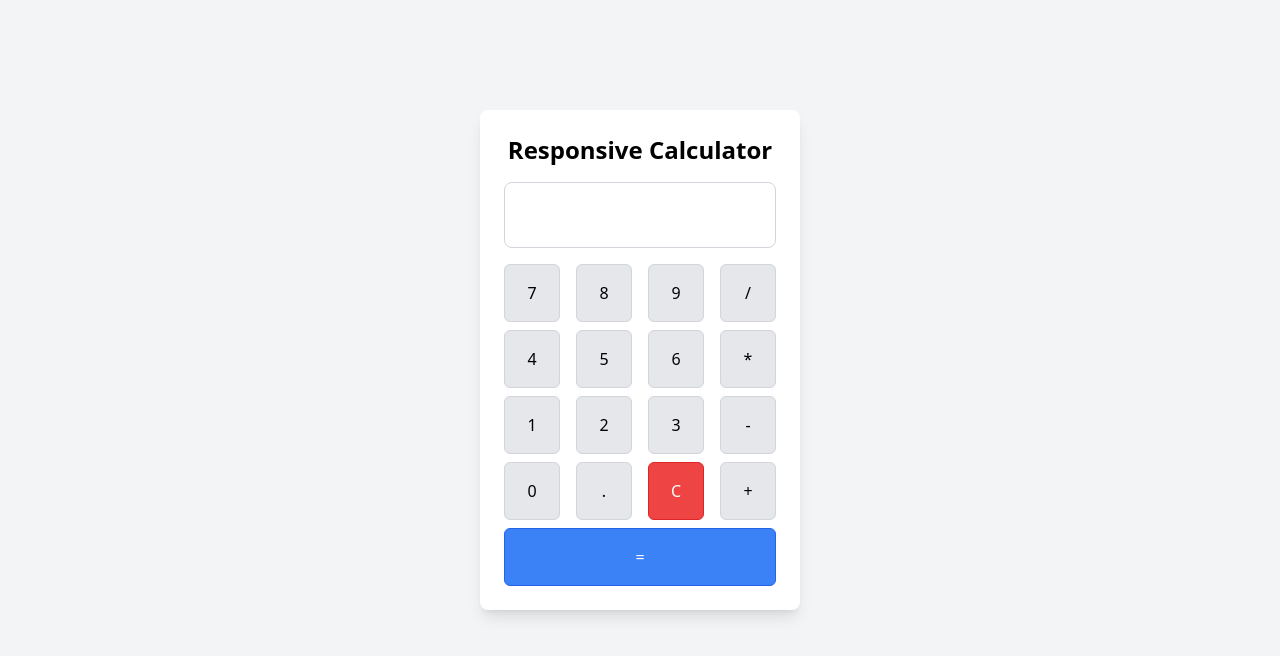
Repository: MKosainHaider/calculator
Page: index.html
The author's editor kept a copy of each file at every save. The page is drawn from the files as they stood at one save, then again after a run of saves.
The browser window is 1280 px wide. The pictures show the whole page.
Some web libraries are served in a nearby version.

Above is the page before, as saved 2024-08-13 00:19:41.

### index.html
<!DOCTYPE html>
<html lang="en">
<head>
    <meta charset="UTF-8">
    <meta name="viewport" content="width=device-width, initial-scale=1.0">
    <title>Responsive Calculator</title>
    <script defer src="app.js"></script> <!-- External JavaScript file -->
    <script src="https://cdn.tailwindcss.com"></script>
</head>
<body class="flex items-center justify-center min-h-screen bg-gray-100">
    <div class="bg-white p-4 md:p-6 rounded-lg shadow-lg max-w-xs w-full">
        <h1 class="text-2xl font-bold text-center mb-4">Responsive Calculator</h1>

        <div class="mb-4 text-right">
            <input type="text" id="display" class="w-full p-3 md:p-4 text-xl md:text-2xl border border-gray-300 rounded-lg" readonly>
        </div>

        <div class="grid grid-cols-4 gap-2 md:gap-4 mb-2">
            <button class="p-3 md:p-4 bg-gray-200 border border-gray-300 rounded-md" data-value="7">7</button>
            <button class="p-3 md:p-4 bg-gray-200 border border-gray-300 rounded-md" data-value="8">8</button>
            <button class="p-3 md:p-4 bg-gray-200 border border-gray-300 rounded-md" data-value="9">9</button>
            <button class="p-3 md:p-4 bg-gray-200 border border-gray-300 rounded-md" data-value="/">/</button>
        </div>

        <div class="grid grid-cols-4 gap-2 md:gap-4 mb-2">
            <button class="p-3 md:p-4 bg-gray-200 border border-gray-300 rounded-md" data-value="4">4</button>
            <button class="p-3 md:p-4 bg-gray-200 border border-gray-300 rounded-md" data-value="5">5</button>
            <button class="p-3 md:p-4 bg-gray-200 border border-gray-300 rounded-md" data-value="6">6</button>
            <button class="p-3 md:p-4 bg-gray-200 border border-gray-300 rounded-md" data-value="*">*</button>
        </div>

        <div class="grid grid-cols-4 gap-2 md:gap-4 mb-2">
            <button class="p-3 md:p-4 bg-gray-200 border border-gray-300 rounded-md" data-value="1">1</button>
            <button class="p-3 md:p-4 bg-gray-200 border border-gray-300 rounded-md" data-value="2">2</button>
            <button class="p-3 md:p-4 bg-gray-200 border border-gray-300 rounded-md" data-value="3">3</button>
            <button class="p-3 md:p-4 bg-gray-200 border border-gray-300 rounded-md" data-value="-">-</button>
        </div>

        <div class="grid grid-cols-4 gap-2 md:gap-4 mb-2">
            <button class="p-3 md:p-4 bg-gray-200 border border-gray-300 rounded-md" data-value="0">0</button>
            <button class="p-3 md:p-4 bg-gray-200 border border-gray-300 rounded-md" data-value=".">.</button>
            <button id="clear" class="p-3 md:p-4 bg-red-500 border border-red-600 text-white rounded-md">C</button>
            <button class="p-3 md:p-4 bg-gray-200 border border-gray-300 rounded-md" data-value="+">+</button>
        </div>

        <div class="grid grid-cols-4 gap-2 md:gap-4">
            <button id="equals" class="p-3 md:p-4 bg-blue-500 border border-blue-600 text-white rounded-md col-span-4">=</button>
        </div>
    </div>
</body>
</html>

### app.js
document.addEventListener("DOMContentLoaded", function () {
  const display = document.getElementById("display");
  const buttons = document.querySelectorAll("button");
  let currentInput = "";
  let operator = "";
  let previousInput = "";

  buttons.forEach((button) => {
    button.addEventListener("click", function () {
      const value = this.getAttribute("data-value");

      if (value === null) {
        // Handle special buttons (C and =)
        if (this.id === "clear") {
          clearDisplay();
        } else if (this.id === "equals") {
          calculate();
        }
      } else {
        appendToDisplay(value);
      }
    });
  });

  function appendToDisplay(value) {
    if (["+", "-", "*", "/"].includes(value)) {
      if (currentInput !== "") {
        operator = value;
        previousInput = currentInput;
        currentInput = "";
      }
    } else {
      currentInput += value;
      display.value = currentInput;
    }
  }

  function calculate() {
    if (previousInput !== "" && currentInput !== "") {
      try {
        currentInput = eval(`${previousInput}${operator}${currentInput}`);
        display.value = currentInput;
        previousInput = "";
        operator = "";
      } catch (e) {
        display.value = "Error";
      }
    }
  }

  function clearDisplay() {
    currentInput = "";
    previousInput = "";
    operator = "";
    display.value = "";
  }
});

After the next 2 saves:
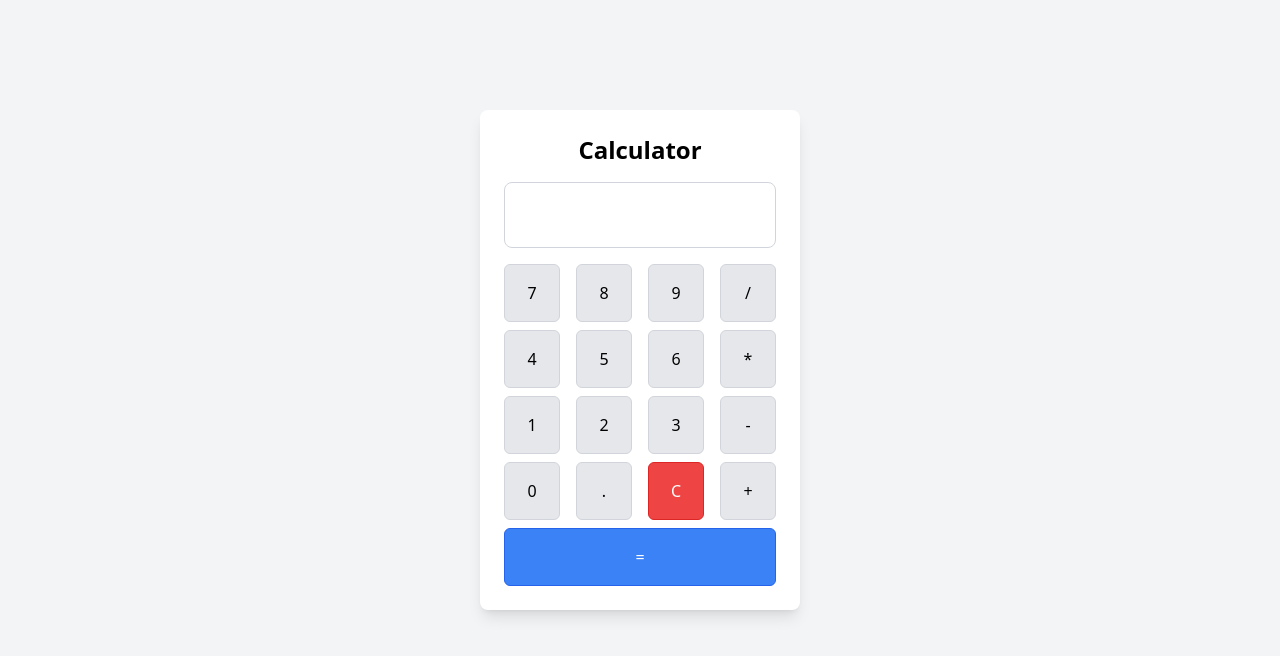
The 2 saves are shown as one change because they came seconds apart.
The last was saved 8 s later.
--- a/index.html
+++ b/index.html
@@ -1,5 +1,6 @@
 <!DOCTYPE html>
 <html lang="en">
+
 <head>
     <meta charset="UTF-8">
     <meta name="viewport" content="width=device-width, initial-scale=1.0">
@@ -7,12 +8,14 @@
     <script defer src="app.js"></script> <!-- External JavaScript file -->
     <script src="https://cdn.tailwindcss.com"></script>
 </head>
+
 <body class="flex items-center justify-center min-h-screen bg-gray-100">
     <div class="bg-white p-4 md:p-6 rounded-lg shadow-lg max-w-xs w-full">
-        <h1 class="text-2xl font-bold text-center mb-4">Responsive Calculator</h1>
+        <h1 class="text-2xl font-bold text-center mb-4">Calculator</h1>
 
         <div class="mb-4 text-right">
-            <input type="text" id="display" class="w-full p-3 md:p-4 text-xl md:text-2xl border border-gray-300 rounded-lg" readonly>
+            <input type="text" id="display"
+                class="w-full p-3 md:p-4 text-xl md:text-2xl border border-gray-300 rounded-lg" readonly>
         </div>
 
         <div class="grid grid-cols-4 gap-2 md:gap-4 mb-2">
@@ -44,8 +47,10 @@
         </div>
 
         <div class="grid grid-cols-4 gap-2 md:gap-4">
-            <button id="equals" class="p-3 md:p-4 bg-blue-500 border border-blue-600 text-white rounded-md col-span-4">=</button>
+            <button id="equals"
+                class="p-3 md:p-4 bg-blue-500 border border-blue-600 text-white rounded-md col-span-4">=</button>
         </div>
     </div>
 </body>
+
 </html>
